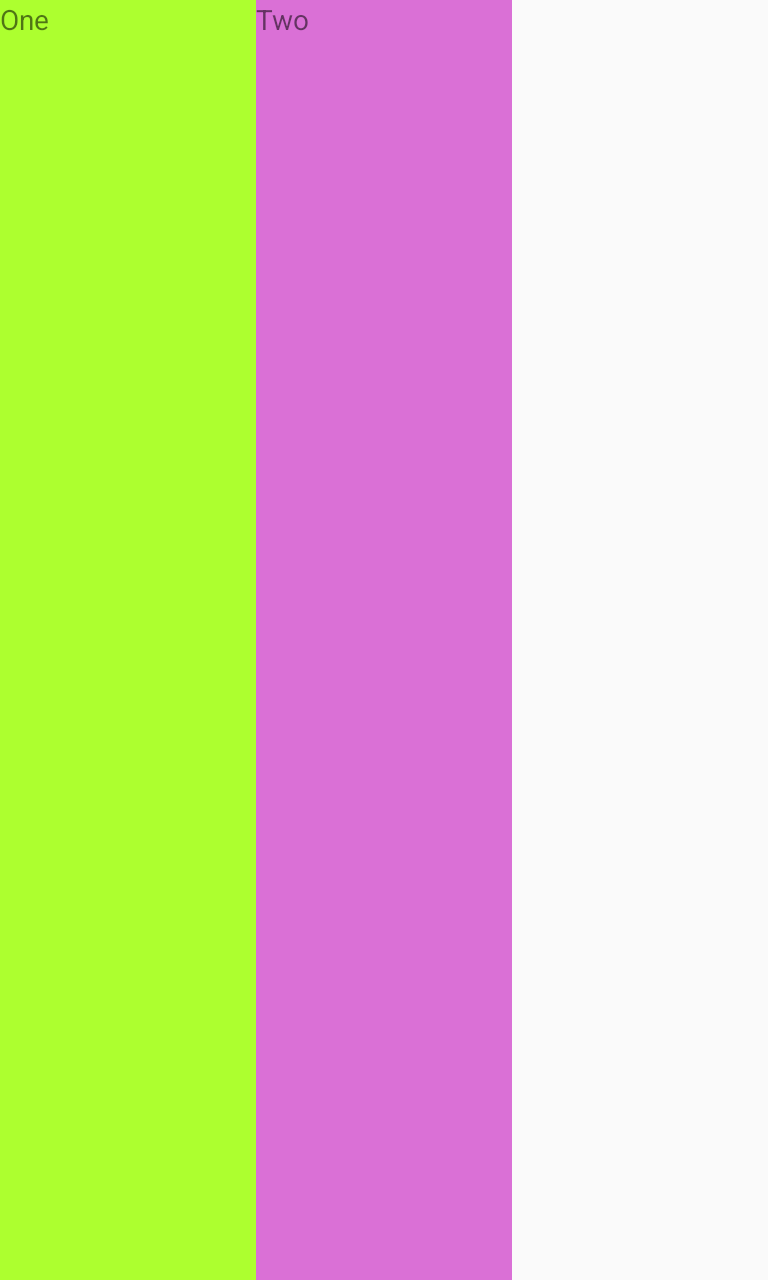
Repository: bingb89/Garbage
Layout: xml/hello/res/layout/activity_main.xml
These files come from the project's save history. The layout is drawn as it stood at one moment and after the next save; the edit follows.
It is drawn on a 768 x 1280 px phone screen (xhdpi) without system bars, with theme AppTheme; the app's code is not run.

Above is the layout before, as saved 2015-12-24 08:09:34.

### xml/hello/res/layout/activity_main.xml
<LinearLayout xmlns:android="http://schemas.android.com/apk/res/android"
    xmlns:tools="http://schemas.android.com/tools"
    android:id="@+id/linearLayout1"
    android:layout_width="match_parent"
    android:layout_height="match_parent"
    android:baselineAligned="false"
    android:orientation="horizontal" >

    <TextView
        android:layout_width="fill_parent"
        android:layout_height="fill_parent"
        android:layout_weight="1"
        android:background="#ADFF2F"
        android:text="@string/one" />

    <TextView
        android:layout_width="fill_parent"
        android:layout_height="fill_parent"
        android:layout_weight="1"
        android:background="#DA70D6"
        android:text="@string/two" />

    <TextView
        android:layout_width="fill_parent"
        android:layout_hegiht="fill_parent"
        android:layout_weight="1"
        android:background="#FF0000"
        android:text="@string/three" />

</LinearLayout>

### xml/hello/res/values/strings.xml
<?xml version="1.0" encoding="utf-8"?>
<resources>

    <string name="app_name">hello</string>
    <string name="hello_world">Hello world!</string>
    <string name="action_settings">Settings</string>

    <string name="one">One</string>
    <string name="two">Two</string>
    <string name="three">Three</string>

</resources>

Loaded but not shown: xml/hello/res/values/styles.xml (common file); xml/hello/res/values-v11/styles.xml (common file); xml/hello/res/values-v14/styles.xml (common file)

After the next save:
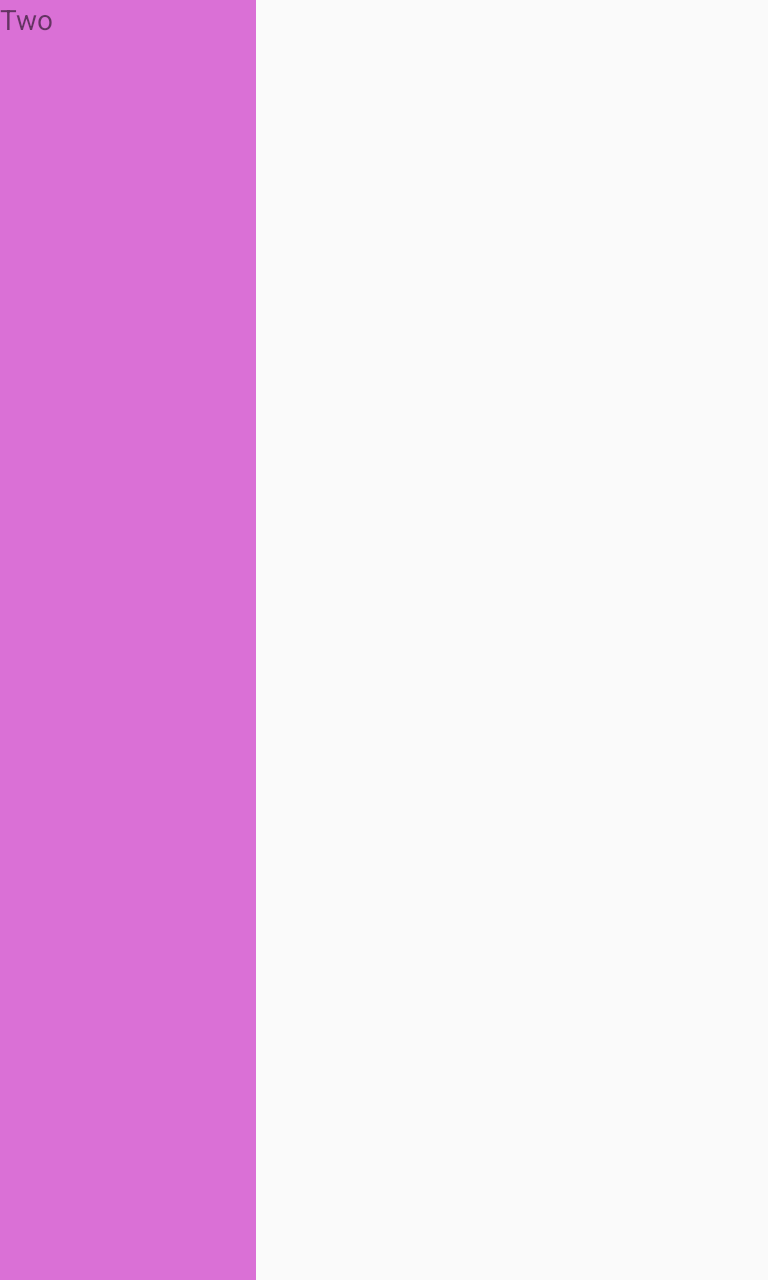
Saved 12 min 28 s later.
--- a/xml/hello/res/layout/activity_main.xml
+++ b/xml/hello/res/layout/activity_main.xml
@@ -9,14 +9,14 @@
     <TextView
         android:layout_width="fill_parent"
         android:layout_height="fill_parent"
-        android:layout_weight="1"
+        android:layout_weight="5"
         android:background="#ADFF2F"
         android:text="@string/one" />
 
     <TextView
         android:layout_width="fill_parent"
         android:layout_height="fill_parent"
-        android:layout_weight="1"
+        android:layout_weight="3"
         android:background="#DA70D6"
         android:text="@string/two" />
 
